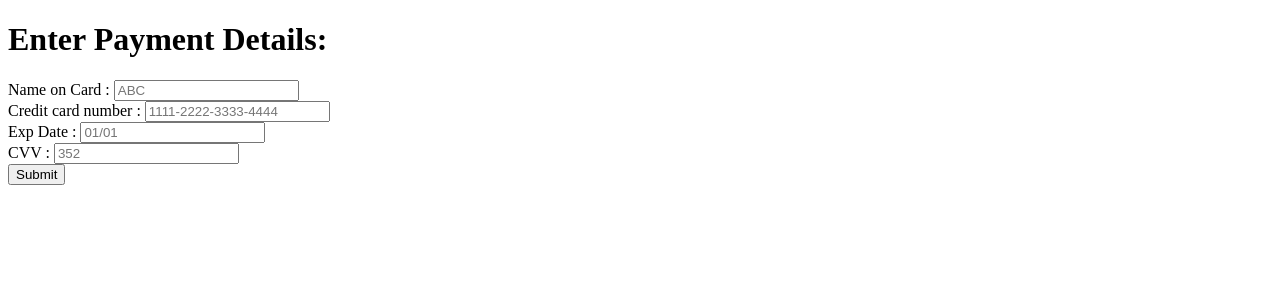
Repository: Pranathi99/FlyAway
Page: http://localhost/FlyAway/payment.jsp
The author's editor kept a copy of each file at every save. The page is drawn from the files as they stood at one save, then again after the next save.
The browser window is 1280 px wide. The pictures show the whole page.
The page is served by Tomcat 9.

Above is the page before, as saved 2023-03-26 10:11:10.

After the next save:
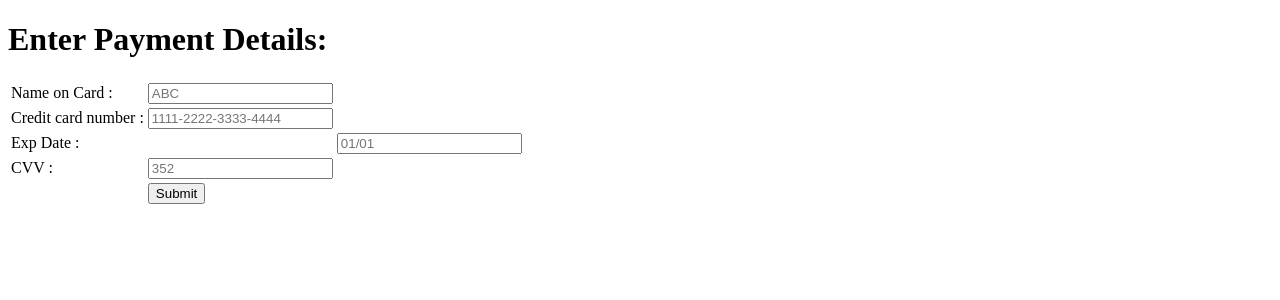
Saved 2 min 34 s later.
--- a/FlyAway/src/main/webapp/payment.jsp
+++ b/FlyAway/src/main/webapp/payment.jsp
@@ -9,11 +9,28 @@
 <body>
 	<form action="finalTicket.jsp" method="post">
 		<h1>Enter Payment Details:</h1>
-		Name on Card : <input type="text" name="cardname" placeholder="ABC"><br/>
-	    Credit card number : <input type="text" name="cardnumber" placeholder="1111-2222-3333-4444"><br/>
-	    Exp Date : <input type="text" name="expdate" placeholder="01/01"> <br/>
-	    CVV : <input type="text" name="cvv" placeholder="352"><br/>
-	    <input type="submit" value="Submit"/>
+		<table>
+			<tr>
+				<td>Name on Card : </td>
+				<td><input type="text" name="cardname" placeholder="ABC"></td>
+		    </tr>
+		    <tr>
+		    	<td>Credit card number : </td>
+		    	<td><input type="text" name="cardnumber" placeholder="1111-2222-3333-4444"></td>
+		    </tr>
+		    <tr>
+		    	<td>Exp Date : <td>
+		    	<td><input type="text" name="expdate" placeholder="01/01"></td>
+		    </tr>
+		    <tr>
+		    	<td>CVV : </td>
+		    	<td><input type="text" name="cvv" placeholder="352"></td>
+		    </tr>
+		    <tr>
+		    	<td></td>
+		    	<td><input type="submit" value="Submit"/></td>
+		    </tr>
+	    </table>
     </form>
 </body>
 </html>
